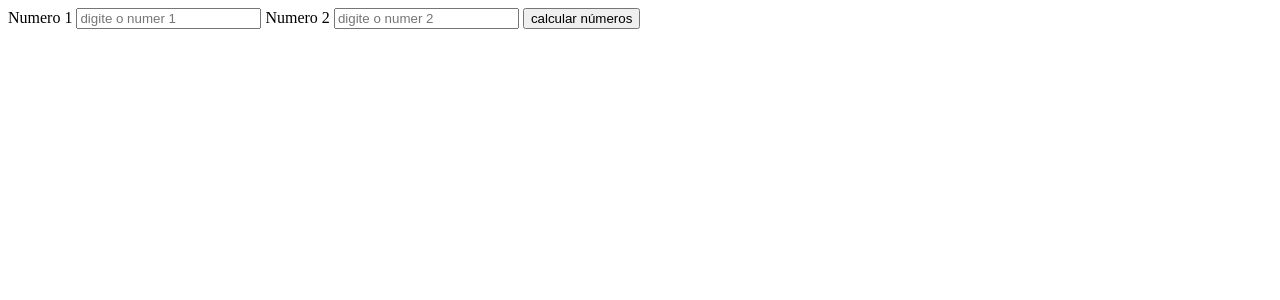
Repository: waanvieira/f21-jdbc-f21-jdbc-exer
Page: curso_java_web1/src/main/webapp/ParImpar.html
The author's editor kept a copy of each file at every save. The page is drawn from the files as they stood at one save, then again after the next save.
The browser window is 1280 px wide. The pictures show the whole page.

Above is the page before, as saved 2019-02-18 17:34:34.

After the next save:
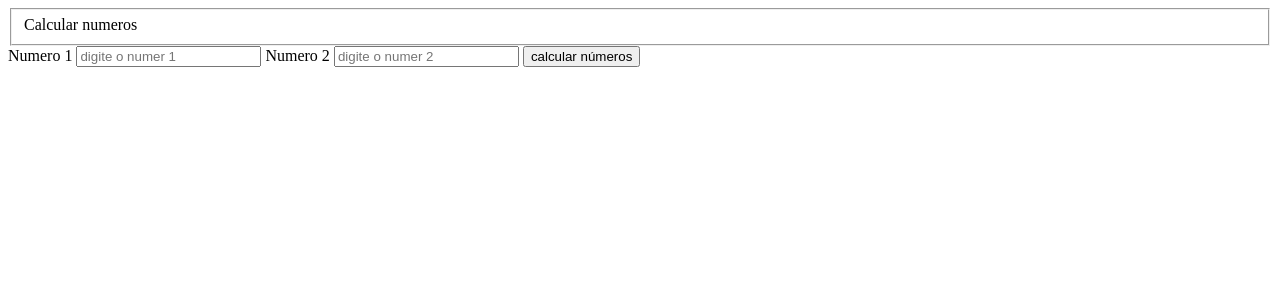
Saved 25 s later.
--- a/curso_java_web1/src/main/webapp/ParImpar.html
+++ b/curso_java_web1/src/main/webapp/ParImpar.html
@@ -2,9 +2,10 @@
 <html>
 <head>
 <meta charset="ISO-8859-1">
-<title>Insert title here</title>
+<title>calcular numeros</title>
 </head>
 <body>
+<fieldset>Calcular numeros</fieldset>
 	<label>Numero 1</label>
 	<input type=text name=n1 = id=n1 placeholder="digite o numer 1">
 	<label>Numero 2</label>
